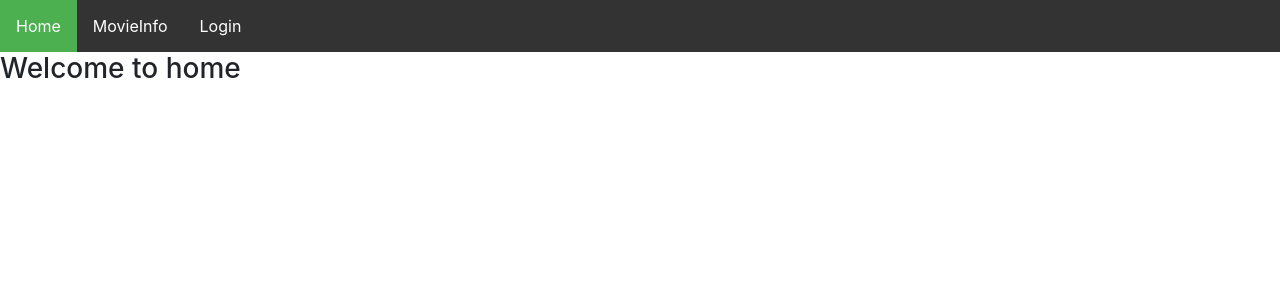
Repository: Vincent-CT/exambase-SPA
Page: /
These files come from the project's save history. The page is drawn as it stood at one moment and after the next save; the edit follows.
The browser window is 1280 px wide. The pictures show the whole page.
The project was rebuilt for these pictures with package versions that can differ from the ones it lists, and the page was loaded fresh each time. Also part of the build but not shown: src/App.css.

Above is the page before, as saved 2020-01-14 15:16:13.

### src/index.js
import React from "react";
import ReactDOM from "react-dom";
import "./index.css";
import App from "./App";

import { HashRouter as Router } from "react-router-dom";

const AppWithRouter = () => {
  return (
    <Router>
      <App />
    </Router>
  );
};

ReactDOM.render(<AppWithRouter />, document.getElementById("root"));

### src/index.css
body {
  margin: 0;
  font-family: -apple-system, BlinkMacSystemFont, "Segoe UI", "Roboto", "Oxygen",
    "Ubuntu", "Cantarell", "Fira Sans", "Droid Sans", "Helvetica Neue",
    sans-serif;
  -webkit-font-smoothing: antialiased;
  -moz-osx-font-smoothing: grayscale;
}

code {
  font-family: source-code-pro, Menlo, Monaco, Consolas, "Courier New",
    monospace;
}

ul.header {
  list-style-type: none;
  margin: 0;
  padding: 0;
  overflow: hidden;
  background-color: #333;
}

ul.header li {
  float: left;
}

ul.header li a {
  display: block;
  color: white;
  text-align: center;
  padding: 14px 16px;
  text-decoration: none;
}
ul.header li a:hover:not(.active) {
  background-color: #111;
}
.active {
  background-color: #4caf50;
}

### src/App.js
import "./App.css";
import React, { useState, useEffect } from "react";
import facade from "./apiFacade";
import "bootstrap/dist/css/bootstrap.min.css";
import {
  Switch,
  Route,
  useRouteMatch,
  useParams,
  Link,
  Prompt,
  NavLink,
  useHistory
} from "react-router-dom";

function App() {
  const [loggedIn, setLoggedIn] = useState(false);
  let history = useHistory();

  const logout = () => {
    facade.logout();
    setLoggedIn(false);
    history.push("/");
  };
  const login = (user, pass) => {
    facade.login(user, pass).then(res => setLoggedIn(true));
    history.push("/");
  };

  return (
    <div>
      {!loggedIn ? (
        <div>
          <HeaderStart />
          <ContentStart login={login} />
        </div>
      ) : (
        <div>
          <LoggedIn logout={logout} />
        </div>
      )}
    </div>
  );
}

function LogIn({ login }) {
  const init = { username: "", password: "" };
  const [loginCredentials, setLoginCredentials] = useState(init);

  const performLogin = evt => {
    evt.preventDefault();
    login(loginCredentials.username, loginCredentials.password);
  };
  const onChange = evt => {
    setLoginCredentials({
      ...loginCredentials,
      [evt.target.id]: evt.target.value
    });
  };

  return (
    <div>
      <h2>Login</h2>
      <form onChange={onChange}>
        <input placeholder="User Name" id="username" />
        <input placeholder="Password" id="password" />
        <button onClick={performLogin}>Login</button>
      </form>
    </div>
  );
}
const Logout = ({ logout }) => {
  const handleLogout = () => {
    logout();
  };
  return (
    <div>
      <h2>Logout</h2>
      <button onClick={handleLogout}>Logout</button>
    </div>
  );
};

function LoggedIn({ logout }) {
  return (
    <div>
      <Header />
      <Content logout={logout} />
    </div>
  );
}
const HeaderStart = () => {
  return (
    <ul className="header">
      <li>
        <NavLink exact activeClassName="active" to="/">
          Home
        </NavLink>
      </li>
      <li>
        <NavLink activeClassName="active" to="/movieinfo">
          MovieInfo
        </NavLink>
      </li>
      <li>
        <NavLink activeClassName="active" to="/login">
          Login
        </NavLink>
      </li>
    </ul>
  );
};
const ContentStart = ({ login }) => {
  return (
    <Switch>
      <Route exact path="/">
        <Home />
      </Route>
      <Route path="/login">
        <LogIn login={login} />
      </Route>
      <Route path="/movieinfo">
        <MovieInfo />
      </Route>
      <Route path="*">
        <NoMatch />
      </Route>
    </Switch>
  );
};
const Header = () => {
  if (facade.getRole() === "admin") {
    return (
      <ul className="header">
        <li>
          <NavLink exact activeClassName="active" to="/">
            Home
          </NavLink>
        </li>
        <li>
          <NavLink activeClassName="active" to="/movieinfoall">
            MovieInfo All
          </NavLink>
        </li>
        <li>
          <NavLink activeClassName="active" to="/movieinfo">
            MovieInfo
          </NavLink>
        </li>
        <li>
          <NavLink activeClassName="active" to="/edit">
            Edit
          </NavLink>
        </li>
        <li>
          <NavLink activeClassName="active" to="/logout">
            Logout
          </NavLink>
        </li>
        <li style={{ float: "right" }}>
          <NavLink activeClassName="active" to="/user-info">
            Hi! {facade.getUser().username} Role: {facade.getUser().roles}
          </NavLink>
        </li>
      </ul>
    );
  }
  return (
    <ul className="header">
      <li>
        <NavLink exact activeClassName="active" to="/">
          Home
        </NavLink>
      </li>
      <li>
        <NavLink activeClassName="active" to="/movieinfoall">
          MovieInfo All
        </NavLink>
      </li>
      <li>
        <NavLink activeClassName="active" to="/movieinfo">
          MovieInfo
        </NavLink>
      </li>
      <li>
        <NavLink activeClassName="active" to="/logout">
          Logout
        </NavLink>
      </li>
    </ul>
  );
};

const Content = ({ logout }) => {
  return (
    <Switch>
      <Route exact path="/">
        <Home />
      </Route>
      <Route path="/movieinfoall">
        <MovieInfoAll />
      </Route>
      <Route path="/movieinfo">
        <MovieInfo />
      </Route>
      <Route path="/edit">
        <Edit />
      </Route>
      <Route path="/logout">
        <Logout logout={logout} />
      </Route>
      <Route path="*">
        <NoMatch />
      </Route>
    </Switch>
  );
};

const Home = () => {
  return (
    <div>
      <h3>Welcome to home</h3>
    </div>
  );
};

const MovieInfoAll = () => {
  return (
    <div>
      <h3>Data Received from server</h3>
    </div>
  );
};

const Edit = () => {
  return (
    <div>
      <h3>Find and Edit</h3>
    </div>
  );
};

const MovieInfo = () => {
  const emptyMovie = {
    title: "",
    year: 0,
    plot: "",
    directors: "",
    genres: "",
    cast: "",
    poster: ""
  };

  const [movie, setMovie] = useState(emptyMovie);
  const [title, setTitle] = useState("");

  const handleChange = event => {
    const target = event.target;
    setTitle(target.value);
  };

  const handleSubmit = event => {
    event.preventDefault();
    const finalTitle = title.split(" ").join("%20");
    setTitle(finalTitle);
    facade.fetchMovieInfoSimple(title).then(res => setMovie(res));
  };

  return (
    <div className="col-md-8">
      <h3>Search Simple Movie Info</h3>
      <input
        id="title"
        value={title}
        onChange={handleChange}
        placeholder="Enter movie title"
      ></input>
      <br></br>
      <button onClick={handleSubmit}>Search</button>
      <h3>Movie Info</h3>
      <p>{movie.title}</p>
      <p>{movie.year}</p>
      <p>{movie.plot}</p>
      <p>{movie.directors}</p>
      <p>{movie.genres}</p>
      <p>{movie.cast}</p>
      <img src={movie.poster} alt="" height="auto" width="50%"></img>
    </div>
  );
};

const NoMatch = () => <div>Urlen matcher ingen kendte routes</div>;
export default App;

### src/apiFacade.js
// const URL = "https://vincentcph.dk/exambase";
const URL = "http://localhost:8080/exambase";

function handleHttpErrors(res) {
  if (!res.ok) {
    return Promise.reject({ status: res.status, fullError: res.json() });
  }
  return res.json();
}

function apiFacade() {
  const setToken = token => {
    localStorage.setItem("jwtToken", token);
  };
  const getToken = () => {
    return localStorage.getItem("jwtToken");
  };
  const getRole = () => {
    let jwt = localStorage.getItem("jwtToken");
    let jwtData = jwt.split(".")[1];
    let decodedJwtJsonData = window.atob(jwtData);
    let decodedJwtData = JSON.parse(decodedJwtJsonData);
    return decodedJwtData.roles;
  };

  const getUser = () => {
    let jwt = localStorage.getItem("jwtToken");
    let jwtData = jwt.split(".")[1];
    let decodedJwtJsonData = window.atob(jwtData);
    let decodedJwtData = JSON.parse(decodedJwtJsonData);
    return decodedJwtData;
  };
  const loggedIn = () => {
    const loggedIn = getToken() != null;
    return loggedIn;
  };
  const logout = () => {
    localStorage.removeItem("jwtToken");
  };

  const login = (user, password) => {
    const options = makeOptions("POST", true, {
      username: user,
      password: password
    });
    return fetch(URL + "/api/login", options)
      .then(handleHttpErrors)
      .then(res => {
        setToken(res.token);
      });
  };

  const fetchData = () => {
    const options = makeOptions("GET", true); //True add's the token
    if (getRole() === "admin") {
      return fetch(URL + "/api/info/admin", options).then(handleHttpErrors);
    }
    return fetch(URL + "/api/info/user", options).then(handleHttpErrors);
  };

  const fetchPeople = () => {
    const options = makeOptions("GET", true); //True add's the token
    return fetch(URL + "/api/info/user/people", options).then(handleHttpErrors);
  };

  const fetchMovieInfoSimple = movieTitle => {
    const options = makeOptions("GET", true); //True add's the token
    return fetch(URL + "/api/movie/movieinfo/" + movieTitle, options).then(
      handleHttpErrors
    );
  };

  const fetchMovieInfoAll = movieTitle => {
    const options = makeOptions("GET", true); //True add's the token
    return fetch(URL + "/api/movie/movieinfoall/" + movieTitle, options).then(
      handleHttpErrors
    );
  };

  const makeOptions = (method, addToken, body) => {
    var opts = {
      method: method,
      headers: {
        "Content-type": "application/json",
        Accept: "application/json"
      }
    };
    if (addToken && loggedIn()) {
      opts.headers["x-access-token"] = getToken();
    }
    if (body) {
      opts.body = JSON.stringify(body);
    }
    return opts;
  };
  return {
    makeOptions,
    setToken,
    getToken,
    loggedIn,
    login,
    logout,
    fetchData,
    getRole,
    fetchPeople,
    getUser,
    fetchMovieInfoSimple,
    fetchMovieInfoAll
  };
}
const facade = apiFacade();
export default facade;

Loaded but not shown: public/index.html (common file)

After the next save:
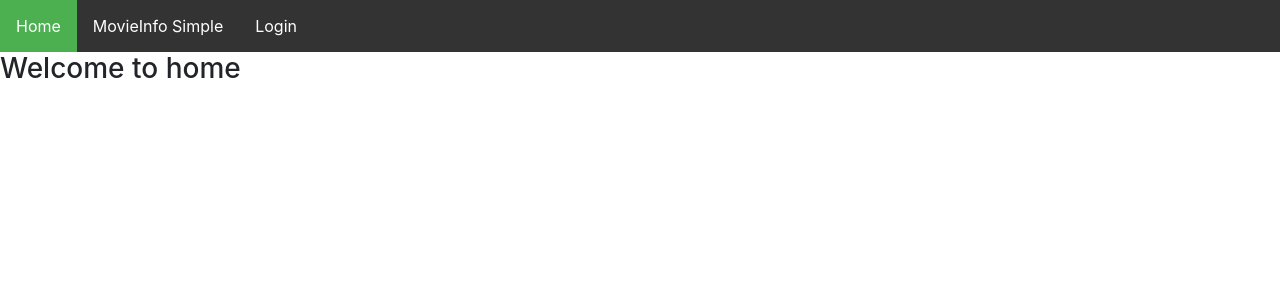
Saved 74 s later.
--- a/src/App.js
+++ b/src/App.js
@@ -99,7 +99,7 @@ const HeaderStart = () => {
       </li>
       <li>
         <NavLink activeClassName="active" to="/movieinfo">
-          MovieInfo
+          MovieInfo Simple
         </NavLink>
       </li>
       <li>
@@ -144,7 +144,7 @@ const Header = () => {
         </li>
         <li>
           <NavLink activeClassName="active" to="/movieinfo">
-            MovieInfo
+            MovieInfo Simple
           </NavLink>
         </li>
         <li>
@@ -179,7 +179,7 @@ const Header = () => {
       </li>
       <li>
         <NavLink activeClassName="active" to="/movieinfo">
-          MovieInfo
+          MovieInfo Simple
         </NavLink>
       </li>
       <li>
